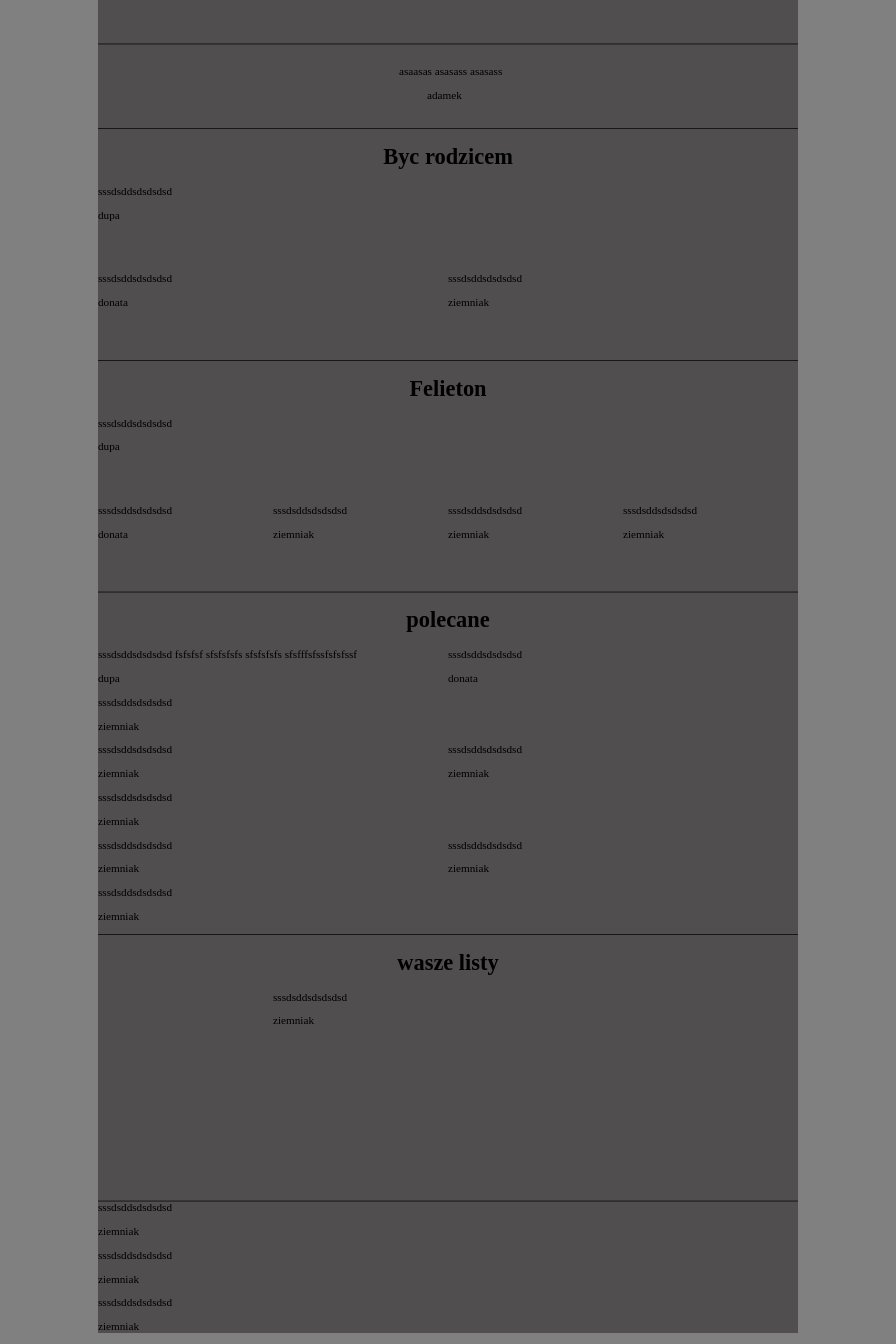
Repository: kq333/pitupitu.pl
Page: index.html
These files come from the project's save history. The page is drawn as it stood at one moment and after the next save; the edit follows.
The browser window is 1280 px wide. The pictures show the part of the page from y = 956 to 2876 px (the page is 2876 px tall before and 2644 px after), at 70% of full size.
The style sheet was rebuilt from its Sass, Less or Tailwind sources for each picture, by a compiler version that may differ from the author's.

Above is the page before, as saved 2020-11-04 13:02:12.

After the next save:
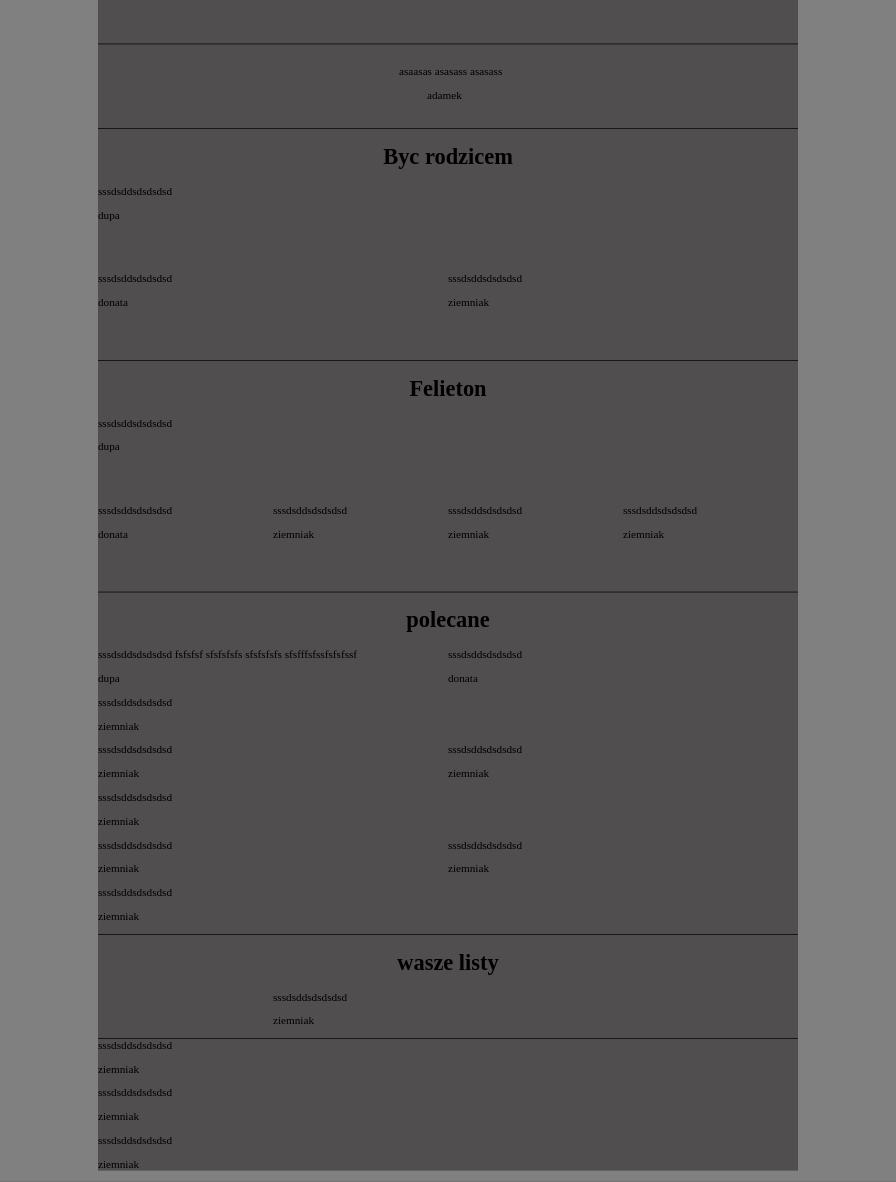
Saved 2 min 55 s later.
--- a/style/style.scss
+++ b/style/style.scss
@@ -213,7 +213,7 @@ grid-area: art26;
 
 .letters{
     width:1000px;
-    height: 300px;
+    height: autopx;
     border-bottom: 1px solid black;
     display:grid;
     grid-template-columns: repeat(4, 1fr);
